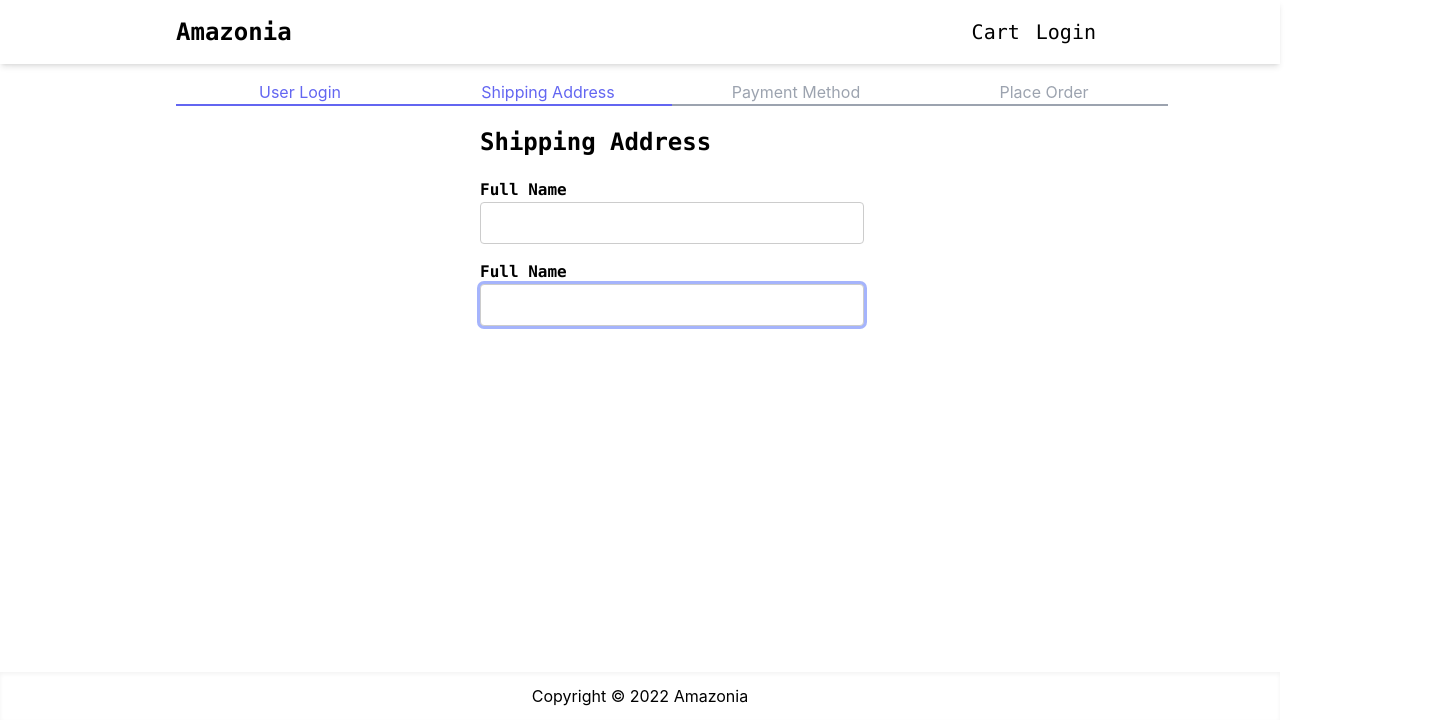
Repository: chidieb11/shop
Page: /shipping
The author's editor kept a copy of each file at every save. The page is drawn from the files as they stood at one save, then again after a run of saves.
The browser window is 1280 px wide. The page is 1440 px wide, so the pictures cover 1440 px, including what lies to the right of the window. The pictures show the whole page.
The page's requests for data from a server got no answer. The project was rebuilt for these pictures with package versions that can differ from the ones it lists, and the page was loaded fresh each time. The framework's server and built-in components were replaced by stand-ins that run in the browser. No one was signed in, and anything a server would have sent is missing. Also part of the build but not shown: next.config.js, components/DropdownLink.js.

Above is the page before, as saved 2022-06-28 22:14:07.

After the next 2 saves:
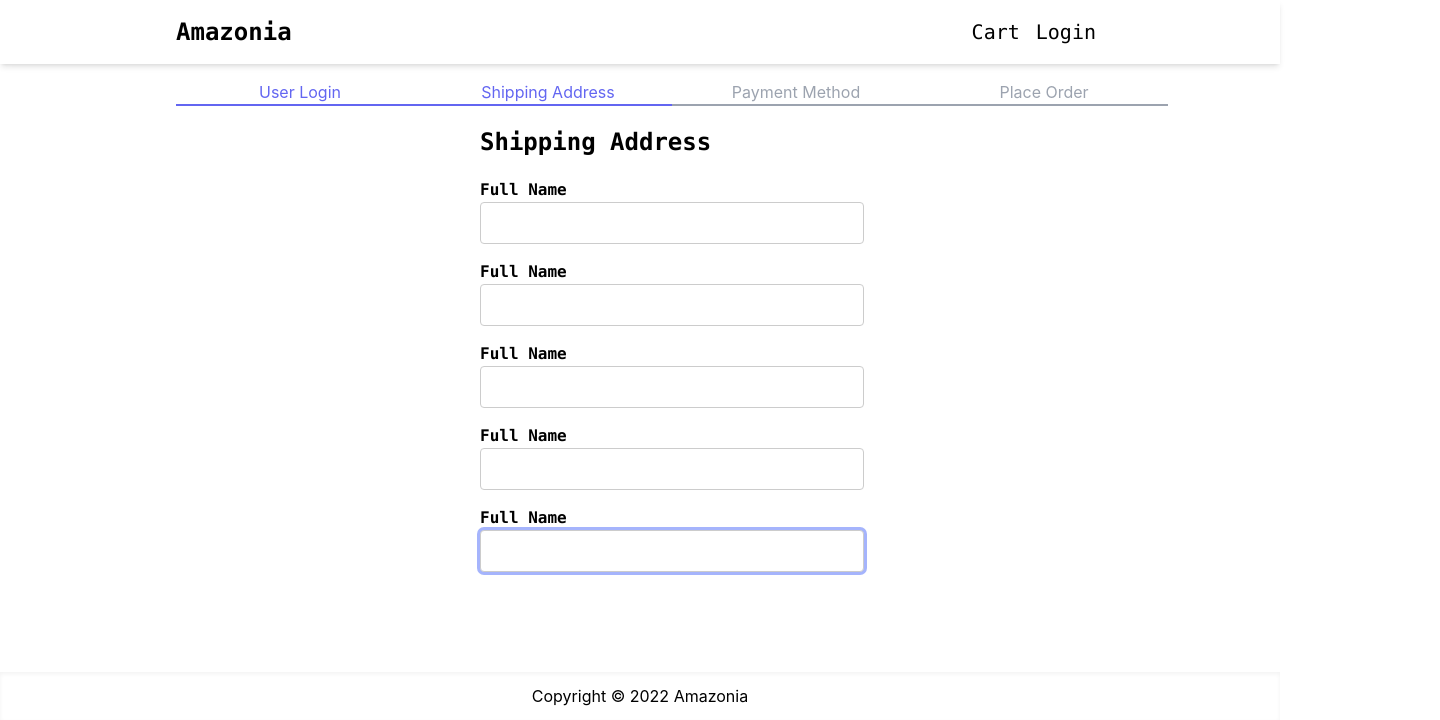
The 2 saves are shown as one change because they came seconds apart.
The last was saved 6 s later.
--- a/pages/shipping.js
+++ b/pages/shipping.js
@@ -53,6 +53,57 @@ const ShippingScreen = () => {
             <div className="text-red-500">{errors.fullName.message}</div>
           )}
         </div>
+        <div className="mb-4 flex flex-col">
+          <label htmlFor="fullName" className="font-bold font-mono">
+            Full Name
+          </label>
+          <input
+            className="w-96"
+            id="fullName"
+            autoFocus
+            {...register("fullName", {
+              required: "Please Enter Your Full Name",
+            })}
+            style={{ border: "1px solid #ccc", outline: "none" }}
+          />
+          {errors.fullName && (
+            <div className="text-red-500">{errors.fullName.message}</div>
+          )}
+        </div>
+        <div className="mb-4 flex flex-col">
+          <label htmlFor="fullName" className="font-bold font-mono">
+            Full Name
+          </label>
+          <input
+            className="w-96"
+            id="fullName"
+            autoFocus
+            {...register("fullName", {
+              required: "Please Enter Your Full Name",
+            })}
+            style={{ border: "1px solid #ccc", outline: "none" }}
+          />
+          {errors.fullName && (
+            <div className="text-red-500">{errors.fullName.message}</div>
+          )}
+        </div>
+        <div className="mb-4 flex flex-col">
+          <label htmlFor="fullName" className="font-bold font-mono">
+            Full Name
+          </label>
+          <input
+            className="w-96"
+            id="fullName"
+            autoFocus
+            {...register("fullName", {
+              required: "Please Enter Your Full Name",
+            })}
+            style={{ border: "1px solid #ccc", outline: "none" }}
+          />
+          {errors.fullName && (
+            <div className="text-red-500">{errors.fullName.message}</div>
+          )}
+        </div>
       </form>
     </Layout>
   );
